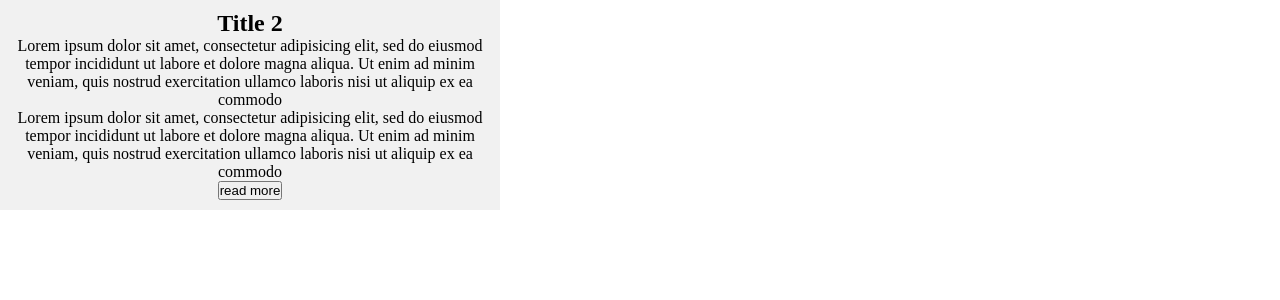
Repository: m0lt/modul_1
Page: 20250708_css_Class_ID/Aufgaben/01_Selectors-Level-1_1/index.html
These files come from the project's save history. The page is drawn as it stood at one moment and after the next save; the edit follows.
The browser window is 1280 px wide. The pictures show the whole page.

Above is the page before, as saved 2025-07-07 14:01:30.

### 20250708_css_Class_ID/Aufgaben/01_Selectors-Level-1_1/index.html
<!DOCTYPE html>
<html lang="en">
  <head>
    <meta charset="UTF-8" />
    <meta name="viewport" content="width=device-width, initial-scale=1.0" />
    <link rel="stylesheet" href="./assets/css/styles.css" />
    <title>Document</title>
  </head>
  <body>
    <section id="”layout”">
      <h2>Title 2</h2>
      <p class="left">
        Lorem ipsum dolor sit amet, consectetur adipisicing elit, sed do eiusmod tempor incididunt ut labore et dolore
        magna aliqua. Ut enim ad minim veniam, quis nostrud exercitation ullamco laboris nisi ut aliquip ex ea commodo
      </p>
      <p class="right">
        Lorem ipsum dolor sit amet, consectetur adipisicing elit, sed do eiusmod tempor incididunt ut labore et dolore
        magna aliqua. Ut enim ad minim veniam, quis nostrud exercitation ullamco laboris nisi ut aliquip ex ea commodo
      </p>
      <button>read more</button>
    </section>
  </body>
</html>

### 20250708_css_Class_ID/Aufgaben/01_Selectors-Level-1_1/assets/css/styles.css
* {
  box-sizing: border-box;
  padding: 0;
  margin: 0;
}

body {
  text-align: center;
}

#”layout” {
  background-color: #f1f1f1;
  width: 500px;
  padding: 10px;
  margin: 0;
}

After the next save:
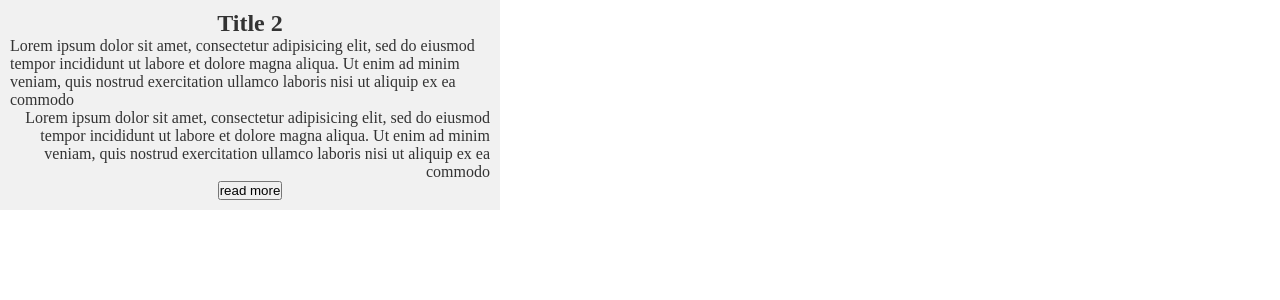
Saved 70 s later.
--- a/20250708_css_Class_ID/Aufgaben/01_Selectors-Level-1_1/assets/css/styles.css
+++ b/20250708_css_Class_ID/Aufgaben/01_Selectors-Level-1_1/assets/css/styles.css
@@ -6,6 +6,7 @@
 
 body {
   text-align: center;
+  color: #333;
 }
 
 #”layout” {
@@ -14,3 +15,11 @@
   padding: 10px;
   margin: 0;
 }
+
+.left {
+  text-align: left;
+}
+
+.right {
+  text-align: right;
+}
